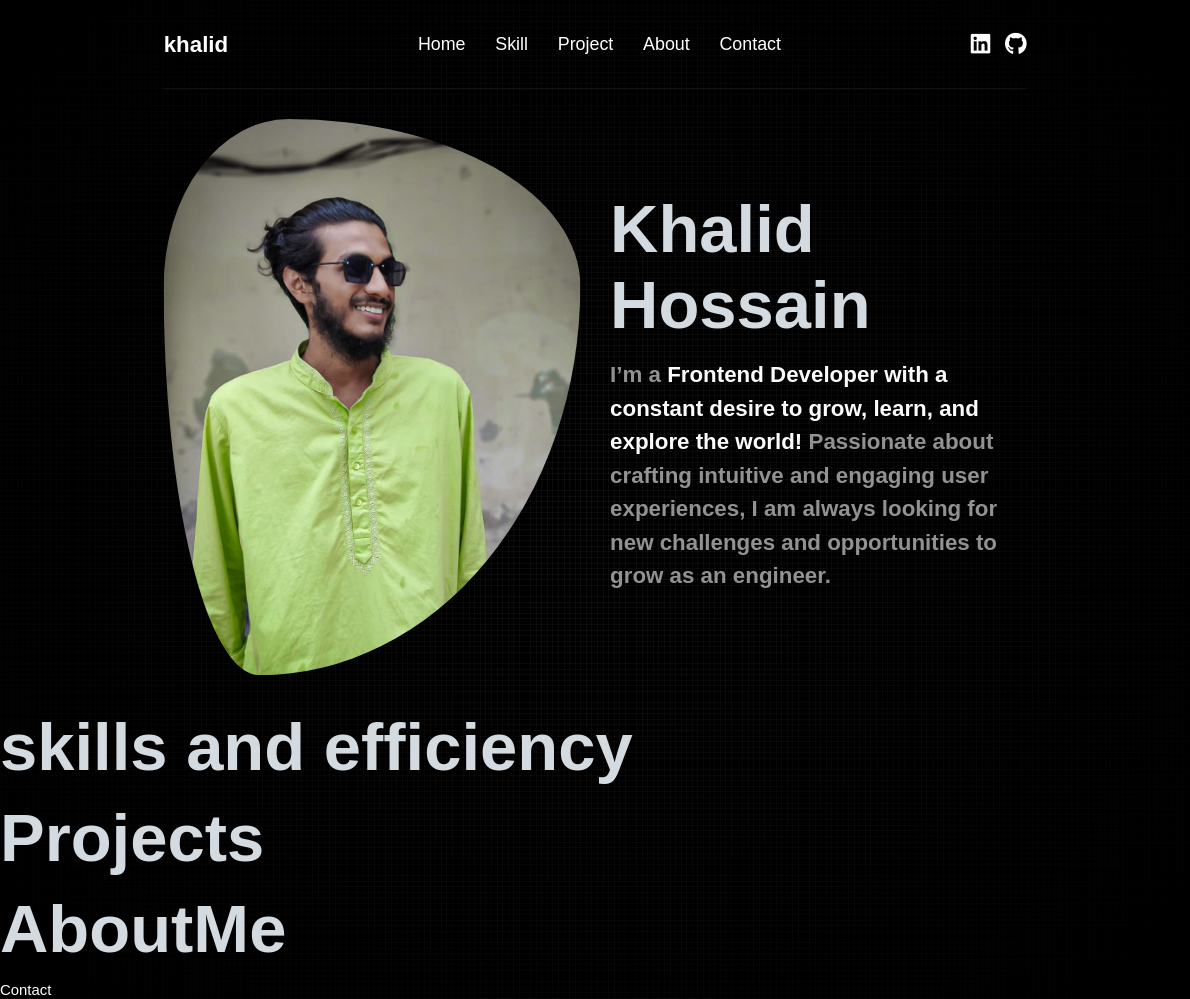
Repository: badhon252/my-portfolio
Page: /
An editor plug-in stored every save of this project. The page is shown before and after the next save, followed by the edit.
The browser window is 1280 px wide. The pictures show the whole page, at 93% of full size.
The project was rebuilt for these pictures with package versions that can differ from the ones it lists, and the page was loaded fresh each time. Also part of the build but not shown: src/Components/Home/Header/Navbar/Navs/LinkedIn/LinkedIn.module.css, src/Components/Home/Header/Navbar/Navs/GitHub/Github.module.css.

Above is the page before, as saved 2023-01-16 00:08:31.

After the next save:
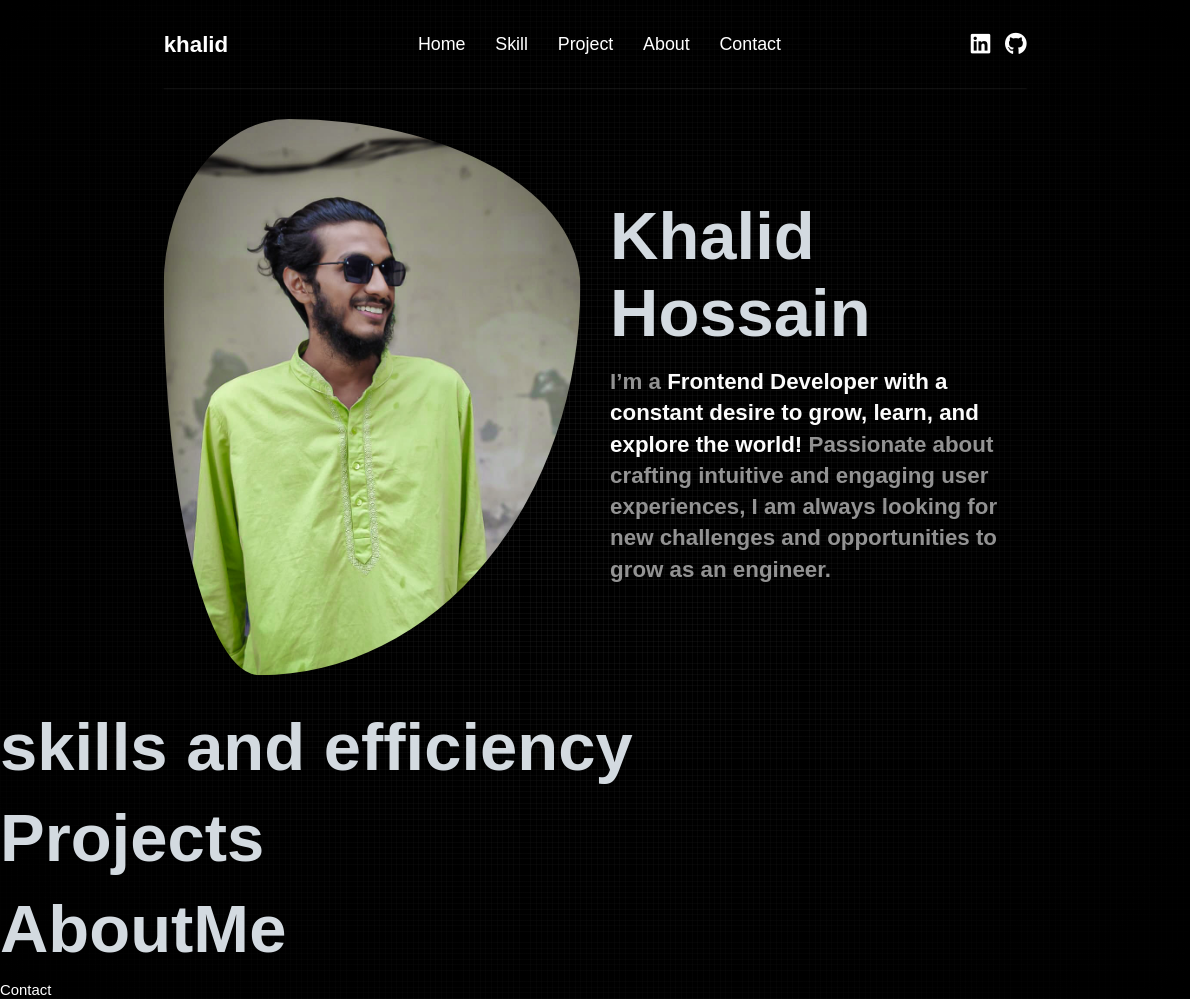
Saved 5 s later.
--- a/src/Components/Home/Header/HeaderContent/Header.module.css
+++ b/src/Components/Home/Header/HeaderContent/Header.module.css
@@ -40,7 +40,7 @@ p {
     font-weight: 600;
     margin-bottom: 1rem;
     color: rgba(255, 255, 255, 0.568);
-    line-height: 1.5;
+    line-height: 1.4;
 }
 
 p span {
